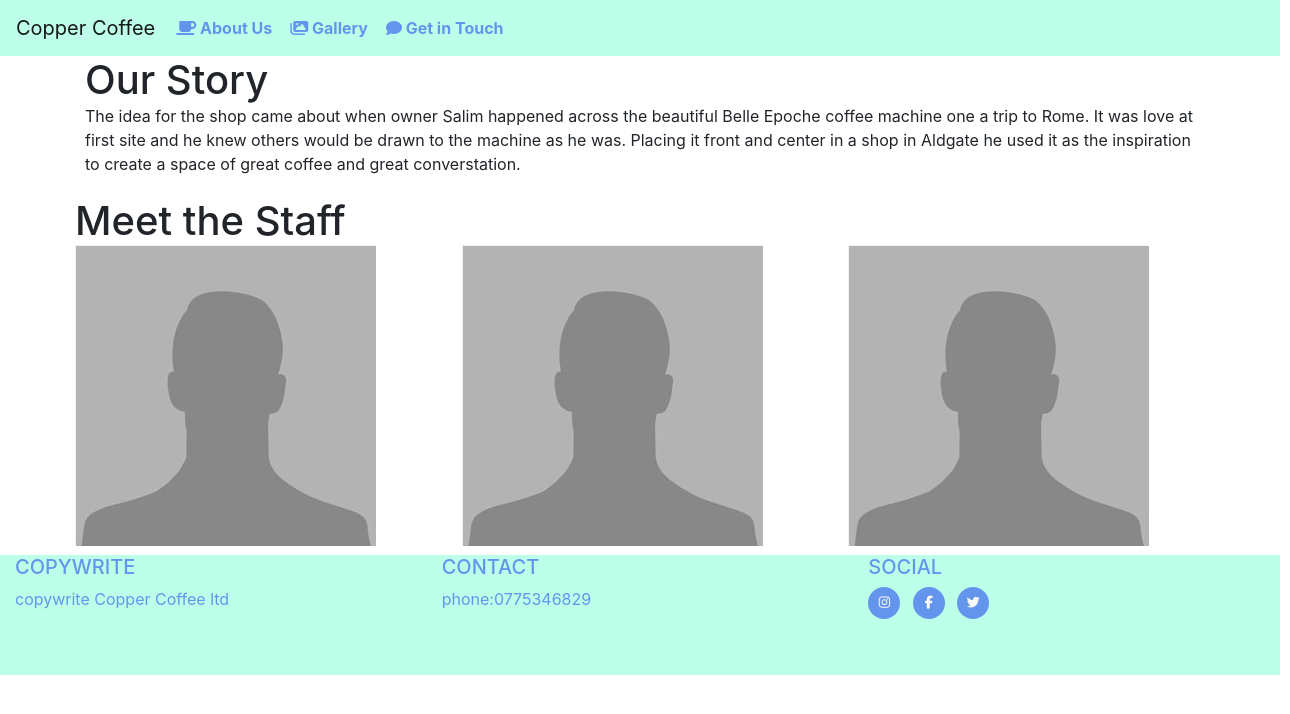
Repository: Matt-F90/milestone
Page: about.html
The author's editor kept a record of every edit. The page is drawn from the files as they stood at one moment, then again after the next edit.
The browser window is 1280 px wide. The page is 1280 px wide, then 1290 px, so the pictures cover 1290 px, including what lies to the right of the window. The pictures show the whole page.
Some web libraries are served in a nearby version.

Above is the page before.
Console error: TypeError: Cannot read properties of undefined (reading 'fn')

### about.html
<!DOCTYPE html>
<html lang="en">

<head>
    <meta charset="UTF-8">
    <meta name="viewport" content="width=device-width, initial-scale=1.0">
    <meta http-equiv="X-UA-Compatible" content="ie=edge">
    <title>Copper Coffee London</title>

    <link rel="stylesheet" href="https://stackpath.bootstrapcdn.com/bootstrap/4.1.3/css/bootstrap.min.css" integrity="sha384-MCw98/SFnGE8fJT3GXwEOngsV7Zt27NXFoaoApmYm81iuXoPkFOJwJ8ERdknLPMO" crossorigin="anonymous">
    <script src="https://stackpath.bootstrapcdn.com/bootstrap/4.1.3/js/bootstrap.min.js" integrity="sha384-ChfqqxuZUCnJSK3+MXmPNIyE6ZbWh2IMqE241rYiqJxyMiZ6OW/JmZQ5stwEULTy" crossorigin="anonymous"></script>
    <script src="https://kit.fontawesome.com/f919e2be21.js" crossorigin="anonymous"></script>
    <link href="https://fonts.googleapis.com/css?family=Noto+Sans:400,700&display=swap" rel="stylesheet">
    <link rel="stylesheet" href="css/style.css" type="text/css" />
</head>

<body>

    <!------------------------------------------------------------------------------------nav--->
    <div class="navbar-container">

        <nav class="navbar navbar-light navbar-expand-sm">
            <a href="index.html" class="navbar-brand">Copper Coffee</a>


            <button class="navbar-toggler ml-auto" type="button" data-toggle="collapse" data-target="#navbarNavDropdown" aria-controls="navbarNavDropdown" aria-expanded="false" aria-lable="toggle navigation">
           <span class="navbar-toggler-icon"></span></button>

            <div class="collapse navbar-collapse" id=navbarNavDropdown>
                <ul class="navbar-nav mr-auto">
                    <li class="nav-item mr-2"><a class "nav-link" href="about.html"><i class="fas fa-coffee"></i> About Us</a></li>
                    <li class="nav-item mr-2"><a class "nav-link" href="gallery.html"><i class="fas fa-images"></i> Gallery</a></li>
                    <li class="nav-item mr-2"><a class "nav-link" href="contact.html"><i class="fas fa-comment"></i> Get in Touch</a></li>
                </ul>
            </div>
        </nav>
    </div>

    <!---------------------------------------------------------------------------------------------div--->
    <div class="container background-container">
        <div class="row">
            <div class="col-12">
                <h1>Our Story</h1>
                <p>The idea for the shop came about when owner Salim happened across the beautiful Belle Epoche coffee machine one a trip to Rome. It was love at first site and he knew others would be drawn to the machine as he was. Placing it front and
                    center in a shop in Aldgate he used it as the inspiration to create a space of great coffee and great converstation. </p>
            </div>
        </div>
    </div>
    <div class="container staff-container">
        <section>
            <div class="row">
                <div class="col-12">
                    <h1>Meet the Staff</h1>
                </div>
            </div>
            <div class="row">
                <div class="col-12 col-md-4">
                    <div class="flip-card">
                        <div class="flip-card-inner">
                            <div class="flip-card-front">
                                <img src="./assets/images/profile-pic-placeholder.jpg" alt="Avatar" style="width:300px;height:300px;">
                            </div>
                            <div class="flip-card-back">
                                <h1>Salim</h1>
                                <p>Owner</p>
                                <p>Always up for a chat, strives to make the place feel like home!</p>
                            </div>
                        </div>
                    </div>
                </div>
                <div class="col-12 col-md-4">
                    <div class="flip-card">
                        <div class="flip-card-inner">
                            <div class="flip-card-front">
                                <img src="./assets/images/profile-pic-placeholder.jpg" alt="Avatar" style="width:300px;height:300px; ">
                            </div>
                            <div class="flip-card-back">
                                <h1>Hanzala</h1>
                                <p>Manager</p>
                                <p>The man in the morning and our resident latte artist!</p>
                            </div>
                        </div>
                    </div>
                </div>
                <div class="col-12 col-md-4">
                    <div class="flip-card">
                        <div class="flip-card-inner">
                            <div class="flip-card-front">
                                <img src="./assets/images/profile-pic-placeholder.jpg" alt="Avatar" style="width:300px;height:300px;">
                            </div>
                            <div class="flip-card-back">
                                <h1>Maymoona</h1>
                                <p>Barista & Social Media</p>
                                <p>Keeping the buzz going online!</p>
                            </div>
                        </div>
                    </div>
                </div>
            </div>
        </section>
    </div>


    <!----------------------------------------------------------------footer------------>

    <footer class="container-fluid ">
        <div id="footer-details " class="row ">
            <div class="col-sm-4 ">
                <h5 class="gernal-sub uppercase ">copywrite</h5>
                <p class="inline-block ">
                    copywrite Copper Coffee ltd
                </p>
            </div>
            <div class="col-sm-4 ">
                <h5 class="gernal-sub uppercase ">contact</h5>
                <p class="inline-block ">
                    phone:0775346829
                </p>
            </div>
            <div class="col-sm-4 ">
                <h5 class="gernal-sub uppercase ">social</h5>
                <ul class="list-inline social-links ">
                    <li class="list-inline-item ">
                        <a target="_blank " href="# ">
                        <i class="fab fa-instagram " aria-hidden="true "></i></a>
                        <span class="sr-only ">instagram</span>
                    </li>
                    <li class="list-inline-item ">
                        <a target="_blank " href="# ">
                        <i class="fab fa-facebook-f " aria-hidden="true "></i></a>
                        <span class="sr-only ">facebook</span>
                    </li>
                    <li class="list-inline-item ">
                        <a target="_blank " href="# ">
                        <i class="fab fa-twitter " aria-hidden="true "></i></a>
                        <span class="sr-only ">twitter</span>
                    </li>
                </ul>
            </div>
        </div>

    </footer>

    <script src="https://code.jquery.com/jquery-3.3.1.slim.min.js " integrity="sha384-q8i/X+965DzO0rT7abK41JStQIAqVgRVzpbzo5smXKp4YfRvH+8abtTE1Pi6jizo " crossorigin="anonymous "></script>
    <script src="https://cdnjs.cloudflare.com/ajax/libs/popper.js/1.14.3/umd/popper.min.js " integrity="sha384-ZMP7rVo3mIykV+2+9J3UJ46jBk0WLaUAdn689aCwoqbBJiSnjAK/l8WvCWPIPm49 " crossorigin="anonymous "></script>
    <script src="https://stackpath.bootstrapcdn.com/bootstrap/4.1.3/js/bootstrap.min.js " integrity="sha384-ChfqqxuZUCnJSK3+MXmPNIyE6ZbWh2IMqE241rYiqJxyMiZ6OW/JmZQ5stwEULTy " crossorigin="anonymous "></script>
</body>

</html>

### css/style.css
/*----navbar....*/

.navbar-contaner {
    position: absolute;
    top: 0;
    left: 0;
    padding-left: 0;
    padding-right: 0;
}

.navbar {
    margin-bottom: 0;
    border: 0;
    width: 100%;
    background-color: rgba(127, 255, 212, 0.5);
}

.navbar .navbar-toggler {
    border: 0;
}

.navbar .navbar-nav a {
    font-weight: 700;
    color: #6495ED;
    padding: 5px;
}

.navbar .navbar-nav a:hover {
    color: rgb(0, 0, 255);
    transition: 1s
}

/*----index....*/

.imgheight {
   height: 540px;
   width: 540px;
}

/*----special padding, margins text....*/

h1,
h2,
h3,
h4 {
    margin: 0;
}

.uppercase {
    text-transform: uppercase;
}

.general-sub {
    font-family: 'Noto Sans', sans-serif;
    font-weight: 300;
    color: black;
    padding: 10px;
    text-align: center;
}

.inline-block {
    display: inline-block;
}

.backgound-container {
    background: url("../assets/images/backgroundimg.jpg");
    height:100%;
    width: 100%;
    margin: 0;
    background-size: cover;
   -webkit-background-size: cover;
    -moz-background-size: cover;
    -o-background-size: cover;
}

/*----About....*/

.staff-container {
  padding: 5px;
  padding-bottom: 10px;
}

.flip-card {
  background-color: transparent;
  width: 300px;
  height: 300px;
  border: 1px solid #f1f1f1;
  perspective: 1000px;
}

  .flip-card-inner {
  position: relative;
  width: 100%;
  height: 100%;
  text-align: center;
  transition: transform 0.8s;
  transform-style: preserve-3d;
  }

  .flip-card:hover .flip-card-inner {
  transform: rotateY(180deg);
  }

  .flip-card-front, .flip-card-back {
  position: absolute;
  width: 100%;
  height: 100%;
  backface-visibility: hidden;
  }

  .flip-card-front {
  background-color: #bbb;
  color: black;
}

.flip-card-back {
  background-color: dodgerblue;
  color: white;
  transform: rotateY(180deg);
}

/*----footer....*/

footer {
    background-color: rgba(127, 255, 212, 0.5);
    color: #6495ED;
    min-height: 120px;
    margin: 0;
    width: 100%
}

.social-links {
    padding-bottom: 15px;
}

.social-links li a i {
    width: 32px;
    height: 32px;
    padding: 12px 0;
    border-radius: 50%;
    font-size: 13px;
    line-height: 7px;
    text-align: center;
    color: #fafafa;
    background-color: #6495ED;
    -moz-transition: all 0.35s ease-in-out;
    -webkit-transition: all 0.35s ease-in-out;
    -o-transition: all 0.35s ease-in-out;
}

.social-links li a i:hover {
    width: 32px;
    height: 32px;
    padding: 12px 0;
    border-radius: 50%;
    font-size: 13px;
    line-height: 7px;
    text-align: center;
    color: #fafafa;
    background-color: rgb(0, 0, 255);
    -moz-transition: all 0.35s ease-in-out;
    -webkit-transition: all 0.35s ease-in-out;
    -o-transition: all 0.35s ease-in-out;
}

#footer-details {
    padding: 20px;
}

/*----contact/form....*/


.center-form {
    padding-top: 10px;
    margin: 0 auto;
    max-width: 70%;
}

button[type="submit"] {
    margin-top: 15px;
    margin-bottom: 20px;
    color: #fafafa;
}

iframe {
    width: 100% !important;
    padding-bottom: 10px;
}

.opening-times {
    text-align: center
}

After the next edit:
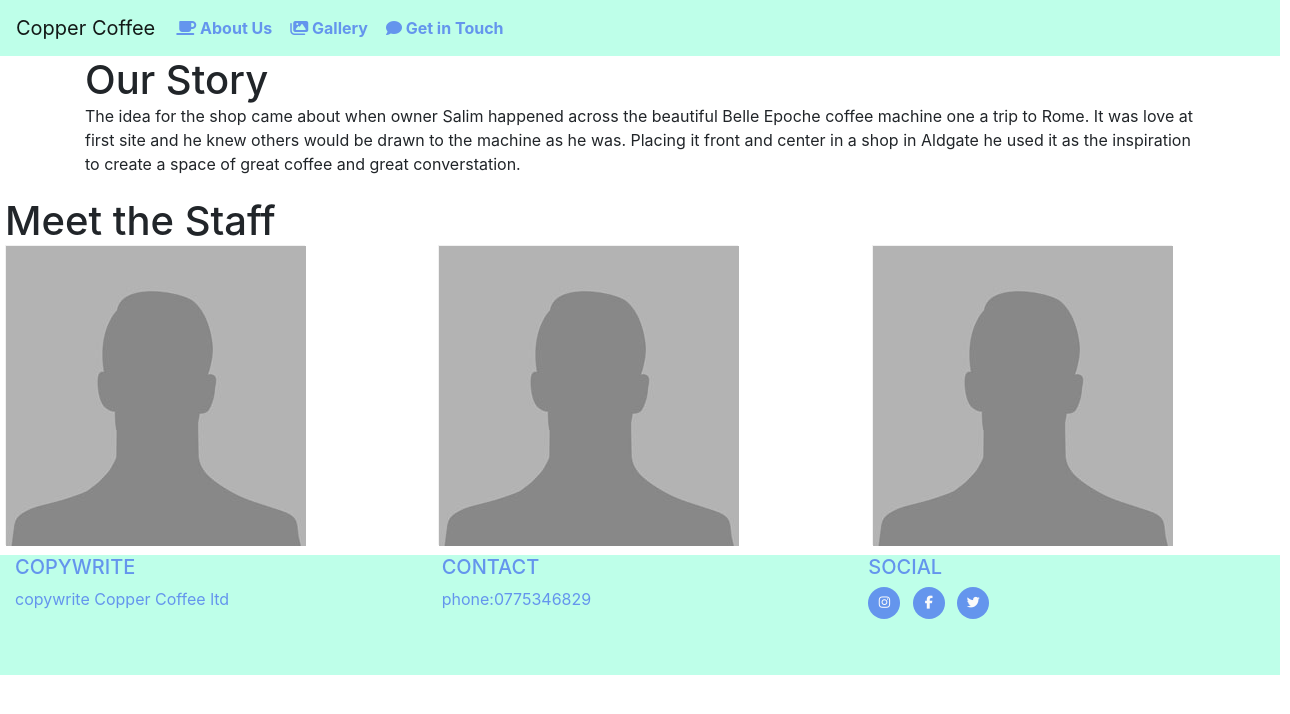
The edit:
--- a/about.html
+++ b/about.html
@@ -46,7 +46,7 @@
             </div>
         </div>
     </div>
-    <div class="container staff-container">
+    <div class="staff-container">
         <section>
             <div class="row">
                 <div class="col-12">
